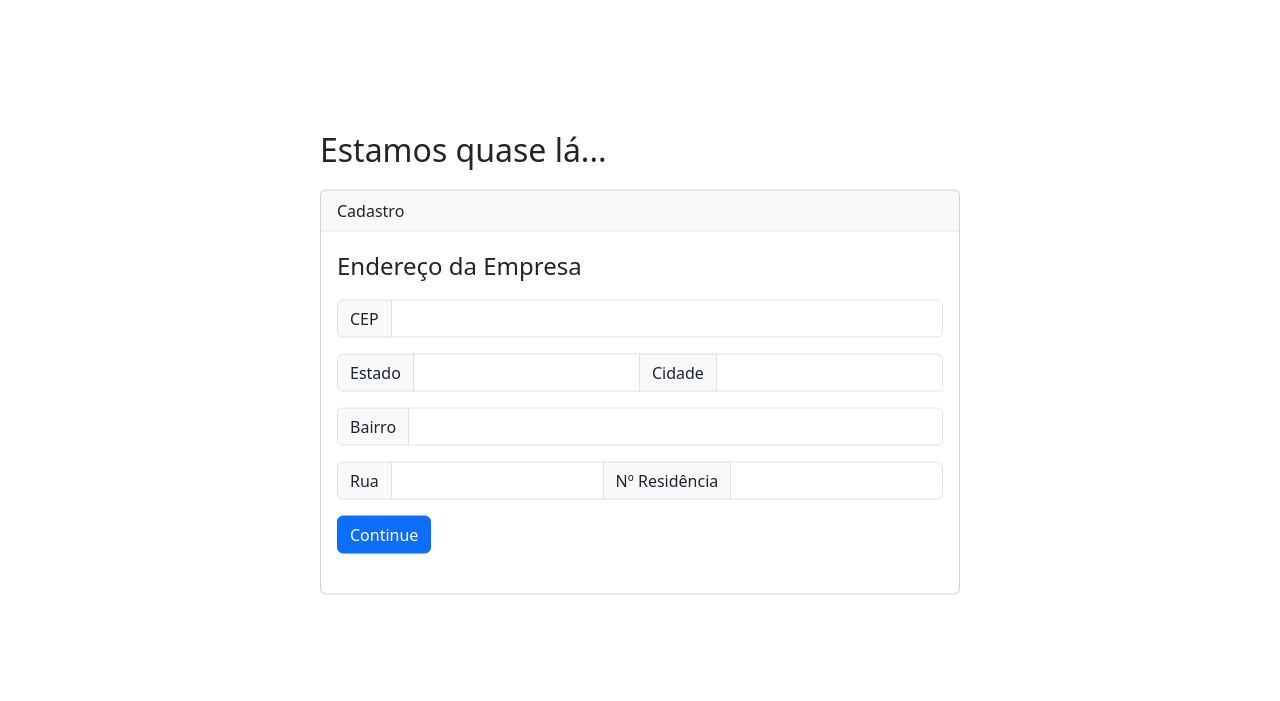
Repository: vandrecx/utilitaries
Page: http://localhost/login_archive/endereco.php
These files come from the project's save history. The page is drawn as it stood at one moment and after the next save; the edit follows.
The browser window is 1280 px wide. The pictures show the whole page.
The page is run by PHP 8.4 with error messages shown; the project is at /var/www/html/.

Above is the page before, as saved 2024-05-04 14:22:11.

After the next save:
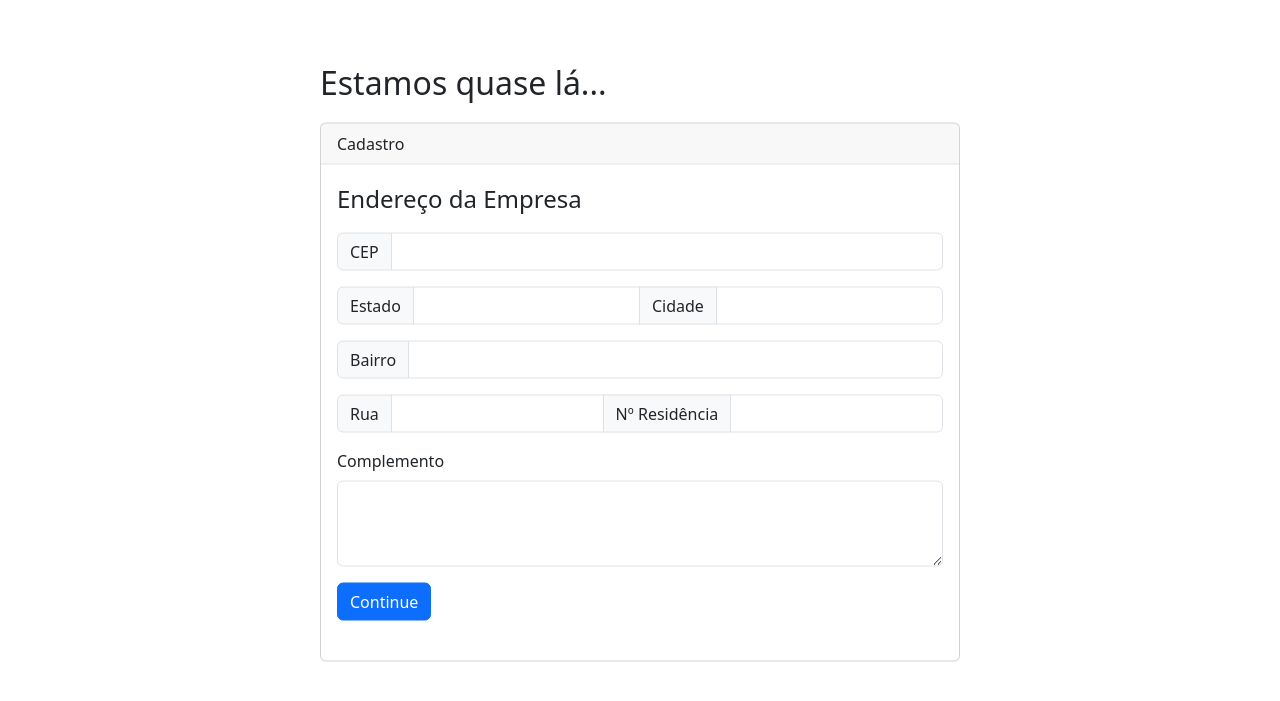
Saved 36 s later.
--- a/login_archive/endereco.php
+++ b/login_archive/endereco.php
@@ -43,6 +43,10 @@ include 'funcoes.php';
                         <span class="input-group-text" id="inputGroup-sizing-default">Nº Residência</span>
                         <input type="text" name="agencia-empresa" class="form-control" aria-label="Sizing example input" aria-describedby="inputGroup-sizing-default">
                     </div>
+                    <div class="mb-3">
+                        <label for="exampleFormControlTextarea1" class="form-label">Complemento</label>
+                        <textarea class="form-control" id="exampleFormControlTextarea1" rows="3"></textarea>
+                    </div>
                     <button type="submit" class="btn btn-primary" name="submit">Continue</button>
                 </form>
                 <br>
